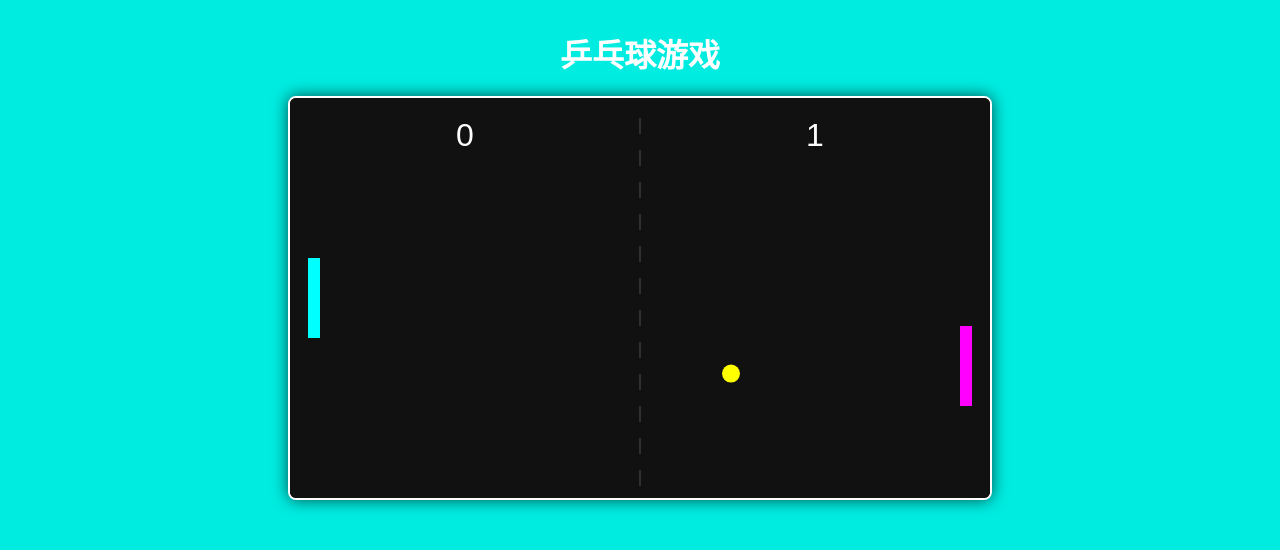
Repository: zjccc123/demo
Page: index.html
These files come from the project's save history. The page is drawn as it stood at one moment and after the next save; the edit follows.
The browser window is 1280 px wide. The pictures show the whole page.

Above is the page before, as saved 2025-06-14 11:39:28.

After the next save:
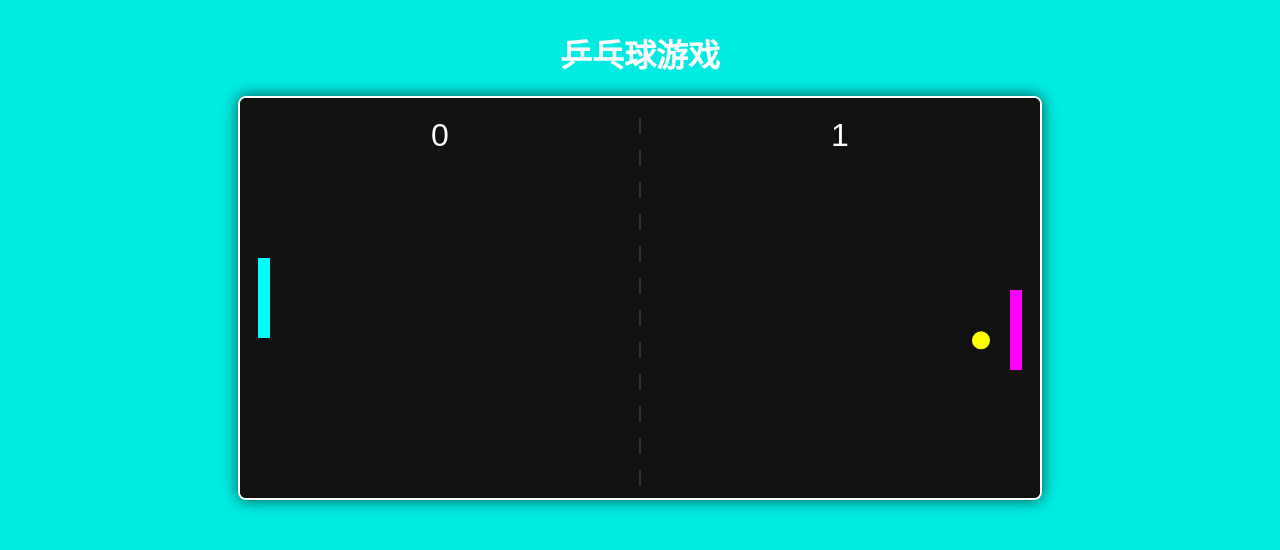
Saved 6 h 30 min later.
--- a/index.html
+++ b/index.html
@@ -7,7 +7,7 @@
 </head>
 <body>
     <h1>乒乓球游戏</h1>
-    <canvas id="pongCanvas" width="700" height="400"></canvas>
+    <canvas id="pongCanvas" width="800" height="400"></canvas>
     <script src="game.js"></script>
 </body>
 </html>
